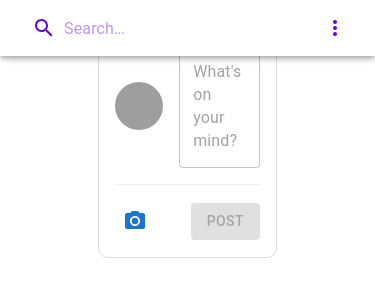
Repository: watthananick1/petstory
Page: /home
The author's editor kept a copy of each file at every save. The page is drawn from the files as they stood at one save, then again after the next save.
The browser window is 375 px wide. The pictures show the whole page.
Pictures or frames that could not be fetched are drawn as grey boxes. The page's requests for data from a server got no answer. The project was rebuilt for these pictures with package versions that can differ from the ones it lists, and the page was loaded fresh each time. No one was signed in, and anything a server would have sent is missing. Also part of the build but not shown: src/components/login/login.tsx, src/components/sign-up/sign-up.tsx, src/components/card-type-pet/card-type-pet.tsx, src/components/posts/posts.module.scss, src/components/post/post.module.scss, src/components/post/post.tsx.

Above is the page before, as saved 2023-03-27 10:17:01.

### src/index.tsx
import React from 'react';
import ReactDOM from 'react-dom/client';
import './index.css';
import App from './App';
import reportWebVitals from './reportWebVitals';
import { BrowserRouter } from 'react-router-dom';

const root = ReactDOM.createRoot(document.getElementById('root') as HTMLElement);
root.render(
    <React.StrictMode>
        <BrowserRouter>
            <App />
        </BrowserRouter>
    </React.StrictMode>
);

// If you want to start measuring performance in your app, pass a function
// to log results (for example: reportWebVitals(console.log))
// or send to an analytics endpoint. Learn more: https://bit.ly/CRA-vitals
reportWebVitals();

### src/App.tsx
import logo from './assets/logo.svg';
import styles from './App.module.scss';
import Login from './components/login/login';
import SignUp from './components/sign-up/sign-up';
import CardTypePet from './components/card-type-pet/card-type-pet';
import { Home } from './components/home/home';
import { Route, Routes } from 'react-router';

function App() {
    return (
        // <div className={styles.App}>
        //     <Navbar />
        //     <Menu />
        //     <Container />
        //     <Posts />
        // </div>
        <div>
            <Routes>
                <Route id="typePet" path="/" element={<Login />} />
                <Route id="login" path="/home" element={<Home />} />
                <Route id="signUp" path="/signUp" element={<SignUp />} />
                <Route id="typePet" path="/typePet" element={<CardTypePet />} />
            </Routes>
        </div>
    );
}

export default App;

### src/components/home/home.tsx
import styles from './home.module.scss';
import classNames from 'classnames';
import { Menu } from '../menu/menu';
import { Navbar } from '../navbar/navbar';
import { Posts } from '../posts/posts';
export interface HomeProps {
    className?: string;
}

/**
 * This component was created using Codux's Default new component template.
 * To create custom component templates, see https://help.codux.com/kb/en/article/configuration-for-homes-and-templates
 */
export const Home = ({ className }: HomeProps) => {
    return (
        <div className={classNames(styles.root, className)}>
            <Navbar />
            <Menu />
            <Posts />
        </div>
    );
};

### src/components/home/home.module.scss
.root {
    //overflow: visible;
    //display: flex;
    //   flex-direction: column;
      align-items: start;
      justify-items: center;
      justify-content: space-between;
    //   position: static;
    margin: 7% 0% 0%;
    width: 100%;

    //   align-content: end;
    //   gap: 1px;
    //   top: 20%;
    //   border-radius: 15px;
}
@media only screen and (min-width: 768px) {
    .root {
        // flex-direction: row;
        // overflow: visible;
        // justify-content: space-between;
        // margin: '0 auto',
        //margin: 8% 0% 0%;
        //position: 'static';
        align-items: start;
        justify-items: center;
        justify-content: space-between;
        maxWidth: '100%';
        width: '47%';
        margin: 7% 0% 0%;
        aspect-ratio: 16 / 9;
        //margin: '10% auto';

    }
}

### src/components/menu/menu.tsx
import styles from './menu.module.scss';
import classNames from 'classnames';

import * as React from 'react';
import Box from '@mui/material/Box';
import { styled, ThemeProvider, createTheme } from '@mui/material/styles';
import Divider from '@mui/material/Divider';
import List from '@mui/material/List';
import ListItem from '@mui/material/ListItem';
import ListItemButton from '@mui/material/ListItemButton';
import ListItemIcon from '@mui/material/ListItemIcon';
import ListItemText from '@mui/material/ListItemText';
import Paper from '@mui/material/Paper';
import Link from '@mui/material/Link';
import IconButton from '@mui/material/IconButton';
import Tooltip from '@mui/material/Tooltip';
import ArrowRight from '@mui/icons-material/ArrowRight';
import KeyboardArrowDown from '@mui/icons-material/KeyboardArrowDown';
import Home from '@mui/icons-material/Home';
import HomeIcon from '@mui/icons-material/Home';
import { grey } from '@mui/material/colors';

export interface MenuProps {
    className?: string;
}

const data = [{ icon: <HomeIcon />, label: 'Home Page' }];

const sortBy: string[] = ['Popularity', 'Most like', 'Type of pet'];
const Genre: string[] = ['Cat', 'Dog', 'Hamster'];

const FireNav = styled(List)<{ component?: React.ElementType }>({
    '& .MuiListItemButton-root': {
        paddingLeft: 24,
        paddingRight: 24,
    },
    '& .MuiListItemIcon-root': {
        minWidth: 0,
        marginRight: 16,
    },
    '& .MuiSvgIcon-root': {
        fontSize: 20,
    },
});

/**
 * This component was created using Codux's Default new component template.
 * To create custom component templates, see https://help.codux.com/kb/en/article/configuration-for-menus-and-templates
 */
export const Menu = ({ className }: MenuProps) => {
    const [open, setOpen] = React.useState(true);
    return (
        <div className={classNames(styles.root, className)}>
            <div>
                <Box sx={{ display: 'flex' }}>
                    <ThemeProvider
                        theme={createTheme({
                            components: {
                                MuiListItemButton: {
                                    defaultProps: {
                                        disableTouchRipple: true,
                                    },
                                },
                            },
                            palette: {
                                primary: { main: '#6309DE' },
                                background: { paper: '#F5F5F5' },
                                text: {
                                    primary: '#212121',
                                    secondary: grey[500],
                                },
                            },
                        })}
                    >
                        <Paper elevation={0} sx={{ width: '100%' }}>
                            <FireNav component="nav" disablePadding>
                                <Divider />
                                <Box
                                    sx={{
                                        bgcolor: open ? '#E2D7F0' : null,
                                        pb: open ? 2 : 0,
                                    }}
                                >
                                    <ListItemButton
                                        alignItems="flex-start"
                                        onClick={() => setOpen(!open)}
                                        sx={{
                                            px: 3,
                                            pt: 2.5,
                                            pb: open ? 0 : 2.5,
                                            '&:hover, &:focus': {
                                                '& svg': { opacity: open ? 1 : 0 },
                                            },
                                        }}
                                    >
                                        <ListItemText
                                            primary="Page"
                                            primaryTypographyProps={{
                                                fontSize: 15,
                                                fontWeight: 'medium',
                                                lineHeight: '20px',
                                                mb: '2px',
                                            }}
                                            secondary=""
                                            secondaryTypographyProps={{
                                                noWrap: true,
                                                fontSize: 12,
                                                lineHeight: '16px',
                                                color: open ? 'rgba(0,0,0,0)' : '#E2D7F0',
                                            }}
                                            sx={{ my: 0 }}
                                        />
                                        <KeyboardArrowDown
                                            sx={{
                                                mr: 1,
                                                opacity: 0,
                                                transform: open ? 'rotate(-180deg)' : 'rotate(0)',
                                                transition: '0.2s',
                                            }}
                                        />

                                    </ListItemButton>
                                    {open &&
                                        data.map((item) => (
                                            <Link href="#" underline="none">
                                                <ListItemButton
                                                    key={item.label}
                                                    sx={{ py: 0, minHeight: 32, color: '#212121' }}
                                                >
                                                    <ListItemIcon sx={{ color: 'inherit' }}>
                                                        {item.icon}
                                                    </ListItemIcon>
                                                    <ListItemText
                                                        primary={item.label}
                                                        primaryTypographyProps={{
                                                            fontSize: 14,
                                                            fontWeight: 'medium',
                                                        }}
                                                    />
                                                </ListItemButton>
                                            </Link>
                                        ))}
                                </Box>
                            </FireNav>
                        </Paper>
                    </ThemeProvider>
                </Box>
            </div>
        </div>
    );
};

### src/components/navbar/navbar.tsx
import styles from './navbar.module.scss';
import classNames from 'classnames';
import * as React from 'react';
import { styled, alpha, createTheme } from '@mui/material/styles';
import AppBar from '@mui/material/AppBar';
import Box from '@mui/material/Box';
import Toolbar from '@mui/material/Toolbar';
import IconButton from '@mui/material/IconButton';
import Typography from '@mui/material/Typography';
import InputBase from '@mui/material/InputBase';
import Badge from '@mui/material/Badge';
import MenuItem from '@mui/material/MenuItem';
import Menu from '@mui/material/Menu';
import MenuIcon from '@mui/icons-material/Menu';
import SearchIcon from '@mui/icons-material/Search';
import AccountCircle from '@mui/icons-material/AccountCircle';
import MailIcon from '@mui/icons-material/Mail';
import NotificationsIcon from '@mui/icons-material/Notifications';
import MoreIcon from '@mui/icons-material/MoreVert';
import ListItemIcon from '@mui/material/ListItemIcon';
import Settings from '@mui/icons-material/Settings';
import Logout from '@mui/icons-material/Logout';
import Avatar from '@mui/material/Avatar';
import { purple } from '@mui/material/colors';

export interface NavbarProps {
    className?: string;
}


const Search = styled('div')(({ theme }) => ({
    position: 'relative',
    borderRadius: theme.shape.borderRadius,
    backgroundColor: alpha(theme.palette.common.white, 0.15),
    '&:hover': {
        backgroundColor: alpha(theme.palette.common.white, 0.25),
    },
    marginRight: theme.spacing(2),
    marginLeft: 0,
    width: '100%',
    [theme.breakpoints.up('sm')]: {
        marginLeft: theme.spacing(3),
        width: 'auto',
    },
}));

const SearchIconWrapper = styled('div')(({ theme }) => ({
    padding: theme.spacing(0, 2),
    height: '100%',
    position: 'absolute',
    pointerEvents: 'none',
    display: 'flex',
    alignItems: 'center',
    justifyContent: 'center',
}));

const StyledInputBase = styled(InputBase)(({ theme }) => ({
    color: 'inherit',
    '& .MuiInputBase-input': {
        padding: theme.spacing(1, 1, 1, 0),
        // vertical padding + font size from searchIcon
        paddingLeft: `calc(1em + ${theme.spacing(4)})`,
        transition: theme.transitions.create('width'),
        width: '100%',
        [theme.breakpoints.up('md')]: {
            width: '20ch',
        },
    },
}));


/**
 * This component was created using Codux's Default new component template.
 * To create custom component templates, see https://help.codux.com/kb/en/article/configuration-for-navbars-and-templates
 */
export const Navbar = ({ className }: NavbarProps) => {
    const [anchorEl, setAnchorEl] = React.useState<null | HTMLElement>(null);
    const [mobileMoreAnchorEl, setMobileMoreAnchorEl] = React.useState<null | HTMLElement>(null);

    const isMenuOpen = Boolean(anchorEl);
    const isMobileMenuOpen = Boolean(mobileMoreAnchorEl);

    const handleProfileMenuOpen = (event: React.MouseEvent<HTMLElement>) => {
        setAnchorEl(event.currentTarget);
    };

    const handleMobileMenuClose = () => {
        setMobileMoreAnchorEl(null);
    };

    const handleMenuClose = () => {
        setAnchorEl(null);
        handleMobileMenuClose();
    };

    const handleClose = () => {
        setAnchorEl(null);
    };
    const handleMobileMenuOpen = (event: React.MouseEvent<HTMLElement>) => {
        setMobileMoreAnchorEl(event.currentTarget);
    };

    const menuId = 'primary-search-account-menu';
    const renderMenu = (
        <Menu
            anchorEl={anchorEl}
            anchorOrigin={{
                vertical: 'top',
                horizontal: 'right',
            }}
            id={menuId}
            keepMounted
            transformOrigin={{
                vertical: 'top',
                horizontal: 'right',
            }}
            open={isMenuOpen}
            onClose={handleMenuClose}
        >
            <MenuItem onClick={handleClose}>
                <Avatar
                /> Profile
            </MenuItem>

            <MenuItem onClick={handleClose}>
                <ListItemIcon>
                    <Settings fontSize="small" />
                </ListItemIcon>
                Settings
            </MenuItem>
            <MenuItem onClick={handleClose}>
                <ListItemIcon>
                    <Logout fontSize="small" />
                </ListItemIcon>
                Logout
            </MenuItem>
        </Menu>
    );

    const mobileMenuId = 'primary-search-account-menu-mobile';
    const renderMobileMenu = (
        <Menu
            anchorEl={mobileMoreAnchorEl}
            anchorOrigin={{
                vertical: 'top',
                horizontal: 'right',
            }}
            id={mobileMenuId}
            keepMounted
            transformOrigin={{
                vertical: 'top',
                horizontal: 'right',
            }}
            open={isMobileMenuOpen}
            onClose={handleMobileMenuClose}
        >
            <MenuItem>
                <IconButton size="large" aria-label="show 4 new mails" color="inherit">
                    <Badge badgeContent={4} color="error">
                        <MailIcon />
                    </Badge>
                </IconButton>
                <p>Messages</p>
            </MenuItem>
            <MenuItem>
                <IconButton size="large" aria-label="show 7 new notifications" color="inherit">
                    <Badge badgeContent={7} color="error">
                        <NotificationsIcon />
                    </Badge>
                </IconButton>
                <p>Notifications</p>
            </MenuItem>
            <MenuItem onClick={handleProfileMenuOpen}>
                <IconButton
                    size="large"
                    aria-label="account of current user"
                    aria-controls="primary-search-account-menu"
                    aria-haspopup="true"
                    color="inherit"
                >
                    <AccountCircle />
                </IconButton>
                <p>Profile</p>
            </MenuItem>
        </Menu>
    );
    return (
        <div className={classNames(styles.root, className)}>
            <Box sx={{ flexGrow: 1 }}>
                <AppBar position="static" sx={{backgroundColor: '#FFFFFF', color: '#6200E8'}}>
                    <Toolbar>
                        <Typography
                            variant="h6"
                            noWrap
                            component="div"
                            sx={{ display: { xs: 'none', sm: 'block' } }}
                        >
                            Pet Story
                        </Typography>
                        <Search>
                            <SearchIconWrapper>
                                <SearchIcon />
                            </SearchIconWrapper>
                            <StyledInputBase
                                placeholder="Search…"
                                inputProps={{ 'aria-label': 'search' }}
                            />
                        </Search>
                        <Box sx={{ flexGrow: 1 }} />
                        <Box sx={{ display: { xs: 'none', md: 'flex' } }}>
                            <IconButton size="large" aria-label="show 4 new mails" color="inherit">
                                <Badge badgeContent={4} color="error">
                                    <MailIcon />
                                </Badge>
                            </IconButton>
                            <IconButton
                                size="large"
                                aria-label="show 17 new notifications"
                                color="inherit"
                            >
                                <Badge badgeContent={7} color="error">
                                    <NotificationsIcon />
                                </Badge>
                            </IconButton>
                            <IconButton
                                size="large"
                                edge="end"
                                aria-label="account of current user"
                                aria-controls={menuId}
                                aria-haspopup="true"
                                onClick={handleProfileMenuOpen}
                                color="inherit"
                            >
                                <Avatar aria-label="recipe">
                                  <img
                                    src={"https://wixplosives.github.io/codux-assets-storage/add-panel/image-placeholder.jpg"}
                                />
                    </Avatar>
                            </IconButton>
                        </Box>
                        <Box sx={{ display: { xs: 'flex', md: 'none' } }}>
                            <IconButton
                                size="large"
                                aria-label="show more"
                                aria-controls={mobileMenuId}
                                aria-haspopup="true"
                                onClick={handleMobileMenuOpen}
                                color="inherit"
                            >
                                <MoreIcon />
                            </IconButton>
                        </Box>
                    </Toolbar>
                </AppBar>
                {renderMobileMenu}
                {renderMenu}
            </Box>
        </div>
    );
};

### src/components/posts/posts.tsx
import styles from './posts.module.scss';
import classNames from 'classnames';
import { Post } from '../post/post';
import { useEffect, useState, useRef } from 'react';
import Cards from '../cards/cards';
import axios from 'axios';

export interface PostData {
    id: string;
    firstName: string;
    lastName: string;
    description: string;
    img: string[];
    tagpet: string[];
    like: string[];
    Comment: Record<string, never>;
    date: {
      _seconds: number;
      _nanoseconds: number;
    };
}

export interface PostsProps {
  className?: string;
}


export const Posts = ({ className }: PostsProps) => {
  const [posts, setPosts] = useState<PostData[]>([]);
  const [refreshing, setRefreshing] = useState(false);
  const containerRef = useRef<HTMLDivElement>(null);
  const initialScrollTop = useRef<number | null>(null);

  useEffect(() => {
    const fetchPosts = async () => {
      try {
        const response = await axios.get<PostData[]>(
          // 'http://20.222.70.156:4000/posts',
          'http://localhost:4000/posts',
          {
            withCredentials: true,
          }
        );
        console.log(response.data);
        setPosts(response.data);
      } catch (error) {
        console.log(error);
        if (axios.isAxiosError(error)) {
          console.error('Error fetching posts:', error.message);
        } else {
          console.error('Unknown error:', error);
        }
      }
    };
    fetchPosts();
  }, []);

  const handleRefresh = async () => {
    if (!containerRef.current) {
      return;
    }

    const scrollTop = containerRef.current.scrollTop;
    if (initialScrollTop.current !== null && scrollTop < initialScrollTop.current) {
      setRefreshing(true);
      try {
        const response = await axios.get<PostData[]>(
          'http://20.222.70.156:4000/posts',
          {
            withCredentials: true,
          }
        );
        console.log(response.data);
        setPosts(response.data);
      } catch (error) {
        console.log(error);
        if (axios.isAxiosError(error)) {
          console.error('Error fetching posts:', error.message);
        } else {
          console.error('Unknown error:', error);
        }
      }
      setRefreshing(false);
    }

    initialScrollTop.current = scrollTop;
  };

  return (
    <div
      className={classNames(styles.root, className)}
      ref={containerRef}
      onScroll={handleRefresh}
      onTouchStart={handleRefresh}
    >
      < Cards />
      {refreshing && <div>Refreshing...</div>}
      {posts.map((post) => (
        <Post post={post} key={post.id} />
      ))}
    </div>
  );
};

### src/components/menu/menu.module.scss
.root {
  flex-grow: 1;
  flex-shrink: 1;
  color: #6309de;
  padding: 0;
  display: flex;
  flex-direction: column;
  gap: 1px;
  position: fixed;
  //top: 11%;
  left: 0;
  justify-content: space-between;
  justify-items: center;
  align-items: stretch;
  align-content: space-between;
  overflow: visible;
  align-self: stretch;
  z-index: 1;
  width: 20%;
  height: 100%;

  @media (max-width: 768px), (max-height: 768px) {
    /* styles for screens with a max width and height of 768px */
    top: 7%;
    width: 100%;
    height: 90%;
    display: none;
  }


  @media (min-width: 768px) {
    //position: absolute;
    top: 10%;
  }
  @media (max-width: 414px) {
    //position: absolute;
    top: 10%;
    position: fixed;
    overflow: hidden;
    //display: none;
  }
  @media (min-width: 300px) {
    //position: absolute;
    //top: 10%;
    //position: fixed;
   // overflow: hidden;
   //display: none;
  }
}
.logo {
  height: 50px;
  display: flex;
  align-items: center;
}
.logoText {
  font-size: 25px;
}
.title {
  color: #777;
  display: flex;
  flex-direction: column;
}
.hr {
  height: 0px;
  border: 0.5px solid #887;
  width: 100%;
}

.list {
  padding: 1px;
  list-style-type: none;
  display: flex;
  flex-direction: column;
  gap: 20px;
  text-align: start;
  justify-content: space-between;
  justify-items: center;
  align-items: center;
  overflow: auto;
}

### src/components/navbar/navbar.module.scss
.root {
  width: 100%;
  top: 0%;
  position: fixed;
  z-index: 1;
  background-color: #6200E8;
}
.navberTop {
  width: 100%;
  display: flex;
  flex-direction: row;
  font-size: 24px;
  padding: 10px;
  position: sticky;
  justify-content: space-between;
  margin-left: 0px;
  margin-right: 10px;
}
.logo {
  margin: 0rem 10% 0rem 0rem;
  display: flex;
  color: #6309de;
  flex-direction: row;
  align-items: center;
  justify-items: center;
}
.navberCon {
  position: absolute;
  display: flex;
  flex-direction: row;
  align-items: center;
  justify-items: center;
  //gap: 20px;
  overflow: visible;
  //position: sticky;
  flex-wrap: nowrap;
  justify-content: end;
  //left: 60%;
  min-height: 35px;
  margin-left: 0px;
}
.iconImg {
  font-size: auto;
  display: flex;
  overflow: auto;
  width: auto;
  margin: 0px;
  align-items: center;
  height: auto;
  justify-items: center;
  min-width: auto;
  min-height: auto;
  max-height: 30px;
  max-width: 30px;
}
.imgProfile {
  min-width: 0px;
  min-height: 0px;
  max-width: 39px;
  max-height: 39px;
  border-radius: 20px;
  width: 39px;
  height: 39px;
}
.nav_img_Profile {
  border-radius: 15px;
}
/* Styles for screens smaller than 768px */
@media (max-width: 767px) {
  .navberTop {
    flex-direction: column;
    align-items: center;
    justify-content: center;
  }

  .logo {
    margin: 0;
  }

  .navberCon {
    position: absolute;
    top: 100%;
    left: 0;
    display: flex;
    flex-direction: column;
    align-items: center;
    justify-content: center;
    width: 100%;
    //padding: 10px;
    opacity: 0;
    pointer-events: none;
    //transition: opacity 0.3s ease-in-out;
  }

  .navberCon.show {
    opacity: 1;
    pointer-events: auto;
  }

  .navberCon a {
    margin: 0px 0;
  }

  .navberCon a:first-child {
    margin-top: 0;
  }

  .iconImg {
    max-height: 24px;
    max-width: 24px;
  }
}
.appBar.MuiAppBar-root {
  background-color: #6200E8;
}

/* Styles for screens larger than 768px */
@media (min-width: 768px) {
  .navberTop {
    justify-content: space-between;
  }

  .logo {
    margin-right: auto;
  }

  .navberCon {
    position: static;
    display: flex;
    flex-direction: row;
    align-items: center;
    justify-content: end;
    gap: 20px;
    margin-left: 20px;
    opacity: 1;
    pointer-events: auto;
  }

  .navberCon a {
    margin: 0;
  }

  .iconImg {
    max-height: 30px;
    max-width: 30px;
  }
}

### src/components/cards/cards.module.scss
.root {
  // overflow: visible;
  // display: flex;
  // flex-direction: column;
  // align-items: start;
  // justify-items: center;
  // justify-content: space-between;
  // position: static;
  // margin: 10% 25% 0%;
  // align-content: end;
  // gap: 1px;
  //top: 20%;
  // border-radius: 15px;
}

.deleteIcon {
  top: 5px;
  right: 5px;
  z-index: 1;
  cursor: pointer;
}

Loaded but not shown: public/index.html (common file); src/index.css (common file); src/reportWebVitals.ts (common file); src/components/cards/cards.tsx (303 lines, source omitted)

After the next save:
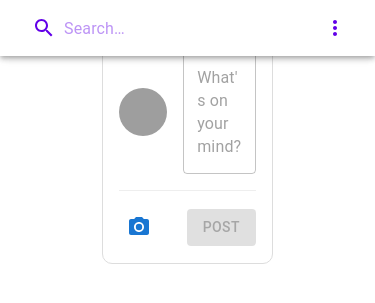
Saved 22 s later.
--- a/src/components/cards/cards.module.scss
+++ b/src/components/cards/cards.module.scss
@@ -1,16 +1,23 @@
 .root {
-  // overflow: visible;
-  // display: flex;
-  // flex-direction: column;
-  // align-items: start;
-  // justify-items: center;
-  // justify-content: space-between;
-  // position: static;
-  // margin: 10% 25% 0%;
-  // align-content: end;
-  // gap: 1px;
-  //top: 20%;
-  // border-radius: 15px;
+  display: flex;
+  flex-direction: column;
+  align-items: center;
+  justify-content: space-between;
+  margin: 10% 25% 0%;
+  gap: 1px;
+  border-radius: 15px;
+}
+
+@media only screen and (max-width: 768px) {
+  .root {
+    margin: 10% 10% 0%;
+  }
+}
+
+@media only screen and (max-width: 425px) {
+  .root {
+    margin: 10% 5% 0%;
+  }
 }
 
 .deleteIcon {
